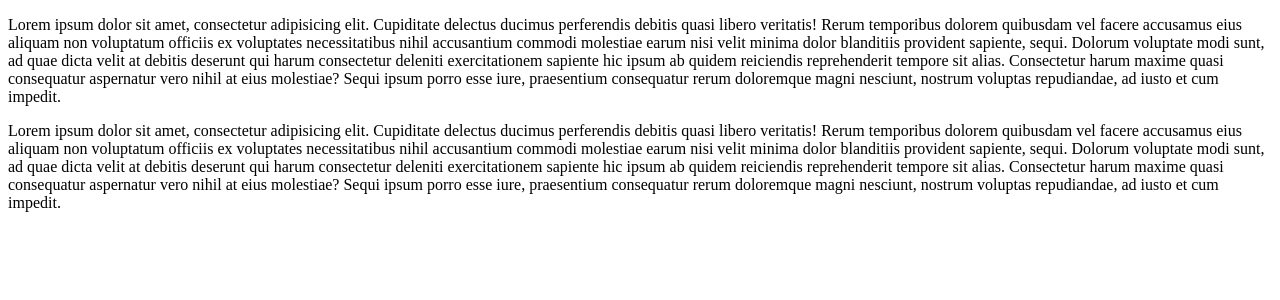
Repository: loosenthedark/the-importance-of-this
Page: index.html
The author's editor kept a record of every edit. The page is drawn from the files as they stood at one moment, then again after the next edit.
The browser window is 1280 px wide. The pictures show the whole page.

Above is the page before.
Console error: SyntaxError: Unexpected end of input

After the next edit:
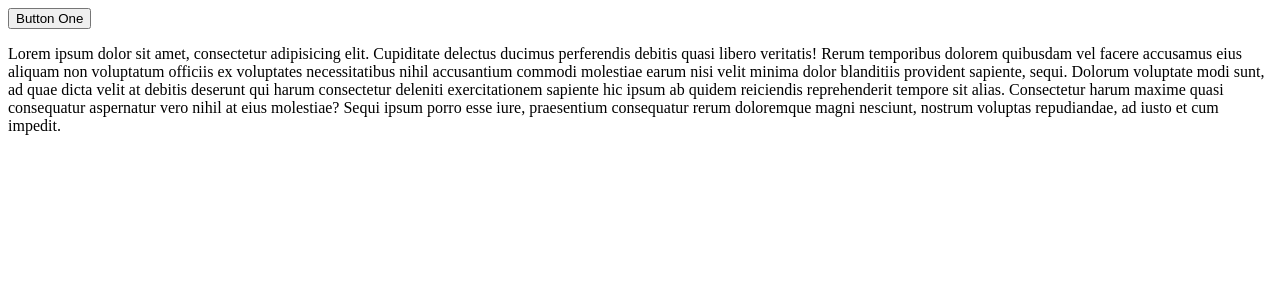
The edit:
--- a/index.html
+++ b/index.html
@@ -11,9 +11,7 @@
 <body>
     <div id="container">
         <div class="card">
-            <p>
-            Lorem ipsum dolor sit amet, consectetur adipisicing elit. Cupiditate delectus ducimus perferendis debitis quasi libero veritatis! Rerum temporibus dolorem quibusdam vel facere accusamus eius aliquam non voluptatum officiis ex voluptates necessitatibus nihil accusantium commodi molestiae earum nisi velit minima dolor blanditiis provident sapiente, sequi. Dolorum voluptate modi sunt, ad quae dicta velit at debitis deserunt qui harum consectetur deleniti exercitationem sapiente hic ipsum ab quidem reiciendis reprehenderit tempore sit alias. Consectetur harum maxime quasi consequatur aspernatur vero nihil at eius molestiae? Sequi ipsum porro esse iure, praesentium consequatur rerum doloremque magni nesciunt, nostrum voluptas repudiandae, ad iusto et cum impedit.
-            </p>
+            <button>Button One</button>
         </div>
         <div class="card">
             <p>
